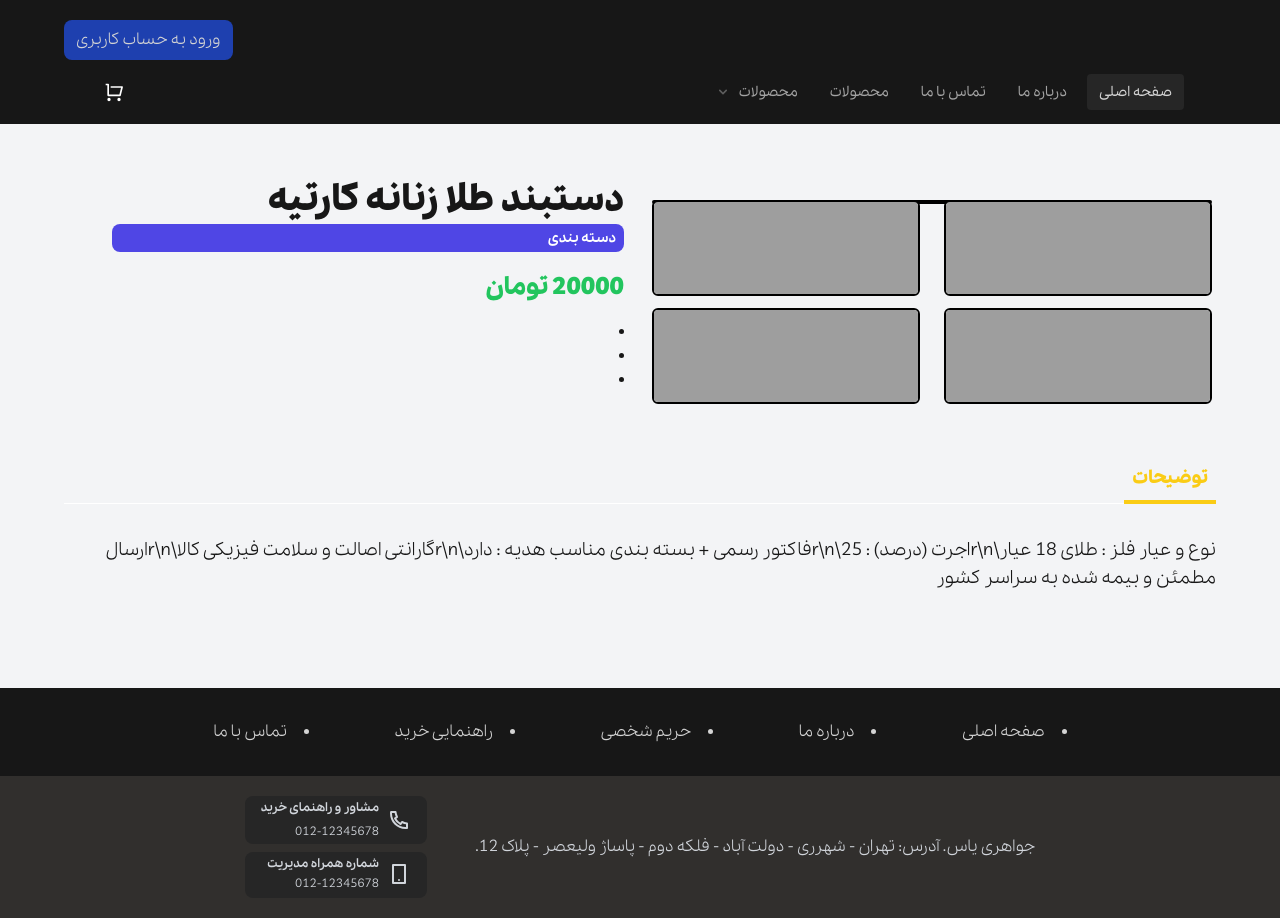
Repository: aliakbarmotallebi/yasgoldgallery-ui
Page: /product
An editor plug-in stored every save of this project. The page is shown before and after the next save, followed by the edit.
The browser window is 1280 px wide. The pictures show the whole page.
Pictures or frames that could not be fetched are drawn as grey boxes. The project was rebuilt for these pictures with package versions that can differ from the ones it lists, and the page was loaded fresh each time. Also part of the build but not shown: src/pages/AboutPage.jsx, src/components/Brands.jsx, src/components/GridImages.js, src/components/SpecialComments.jsx, src/components/CardProduct.jsx, src/components/SpecialProducts.jsx, src/components/SuggestedProducts.jsx, src/pages/HomePage.jsx and 3 more.

Above is the page before, as saved 2023-01-16 11:20:07.

After the next save:
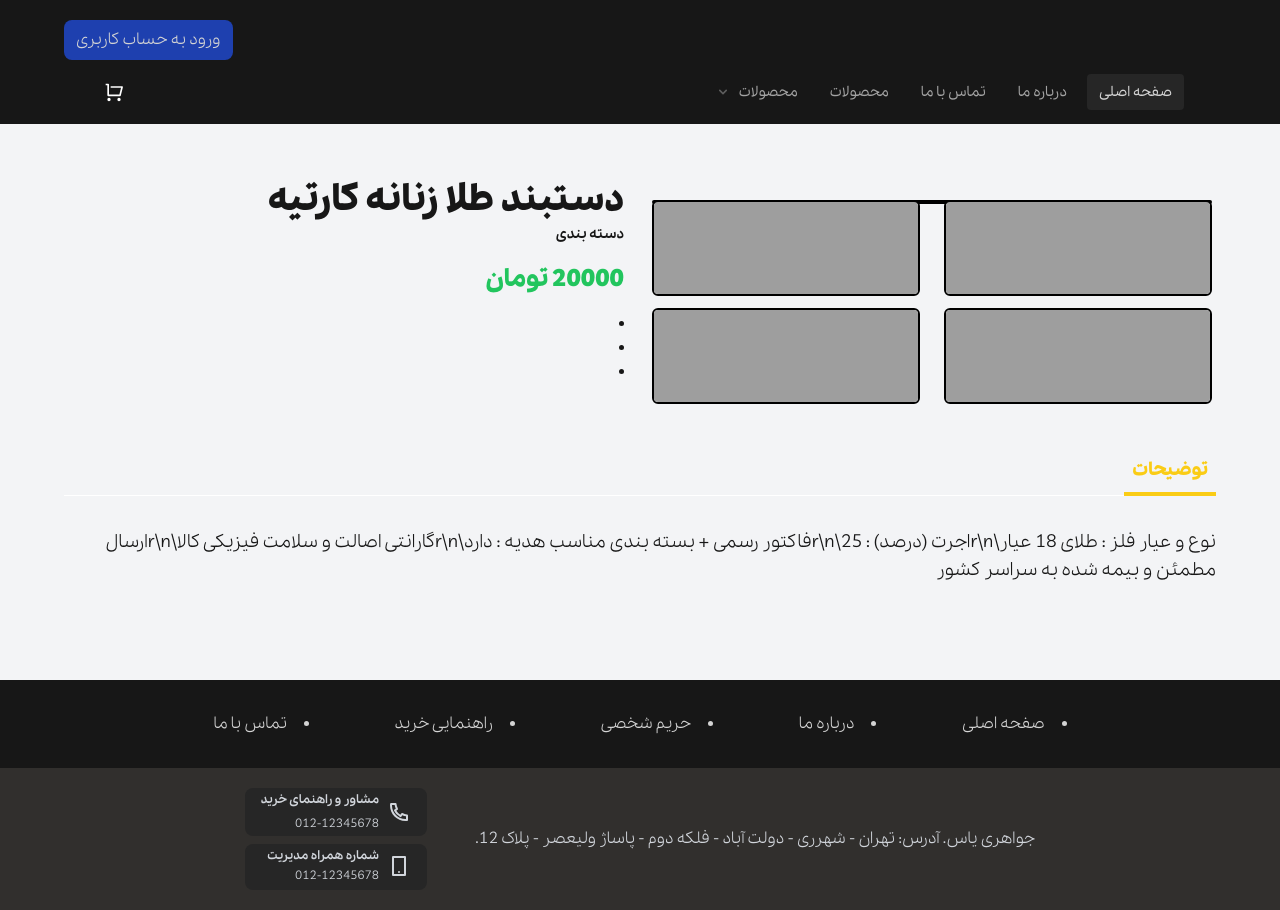
Saved 16 s later.
--- a/src/pages/ProductPage.jsx
+++ b/src/pages/ProductPage.jsx
@@ -83,7 +83,7 @@ const ProductPage = () => {
               <h2 class="text-4xl font-black mb-1">
               دستبند طلا زنانه کارتیه
               </h2>
-              <span class="bg-indigo-600 py-1 px-2 text-white rounded-lg block text-sm font-bold mb-5">
+              <span class="block text-sm font-bold mb-5">
                 دسته بندی
               </span>
               <span class="block text-2xl font-black text-green-500 mb-4">
